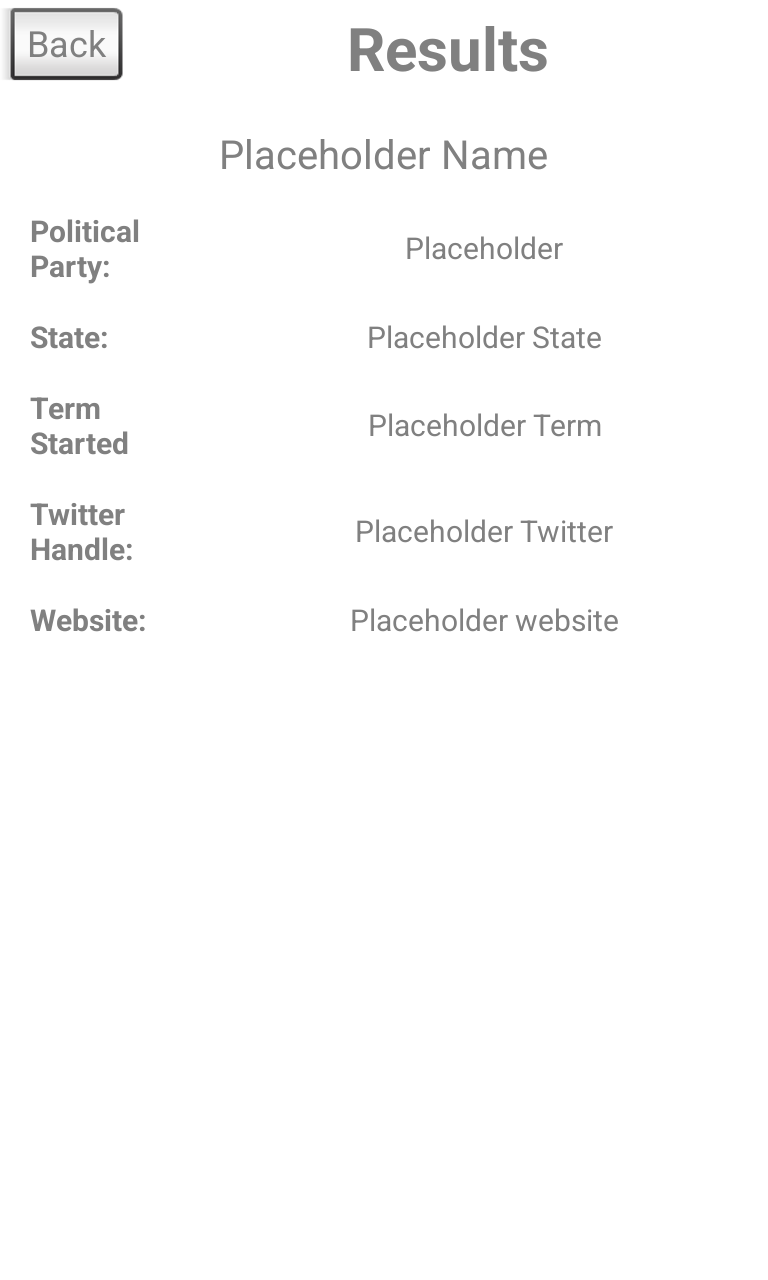
Repository: scottcaruso/Java_I_1307_Week4
Layout: myGov/res/layout/politician_display.xml
An editor plug-in stored every save of this project. The layout is shown before and after the next save, followed by the edit.
It is drawn on a 768 x 1280 px phone screen (xhdpi) without system bars, with theme AppTheme; the app's code is not run.

Above is the layout before, as saved 2013-08-01 21:19:48.

### myGov/res/layout/politician_display.xml
<?xml version="1.0" encoding="utf-8"?>
<LinearLayout xmlns:android="http://schemas.android.com/apk/res/android"
    android:layout_width="match_parent"
    android:layout_height="match_parent"
    android:orientation="vertical" >


    <LinearLayout
        android:layout_width="match_parent"
        android:layout_height="wrap_content"
        android:orientation="horizontal">
	    <Button
	        android:id="@+id/back"
	        style="@android:style/Widget.Holo.Button.Inset"
	        android:layout_width="wrap_content"
	        android:layout_height="wrap_content"
	        android:hint="@string/back" />

	    <TextView
	        android:id="@+id/foundpoliticians"
	        android:layout_width="match_parent"
	        android:layout_height="wrap_content"
	        android:layout_gravity="center"
	        android:gravity="center"
	        android:hint="@string/results"
	        android:textStyle="bold"
	        android:textSize="30sp" />

    </LinearLayout>

        <TextView
            android:id="@+id/politicianName"
            android:layout_width="wrap_content"
            android:layout_height="wrap_content"
            android:layout_gravity="center_horizontal"
            android:layout_marginTop="15dp"
            android:gravity="center"
            android:hint="@string/politician_name"
            android:textSize="20sp" />

     <LinearLayout
         android:id="@+id/partyLayout"
         android:layout_width="match_parent"
         android:layout_height="wrap_content"
         android:layout_marginTop="15dp"
         android:orientation="horizontal" >

         <TextView
             android:id="@+id/partylabel"
             android:layout_width="85dp"
             android:layout_height="wrap_content"
             android:layout_marginLeft="15dp"
             android:hint="@string/political_party_"
             android:textStyle="bold"
             android:textSize="15sp" />

         <TextView
             android:id="@+id/partytext"
             android:layout_width="match_parent"
             android:layout_height="wrap_content"
             android:layout_gravity="center"
	         android:gravity="center"
             android:hint="@string/placeholder"
             android:textSize="15sp" />
     </LinearLayout>

     <LinearLayout
         android:id="@+id/stateLayout"
         android:layout_width="match_parent"
         android:layout_height="wrap_content"
         android:layout_marginTop="15dp"
         android:orientation="horizontal" >

         <TextView
             android:id="@+id/statelabel"
             android:layout_width="85dp"
             android:layout_height="wrap_content"
             android:layout_marginLeft="15dp"
             android:hint="@string/state_"
             android:textStyle="bold"
             android:textSize="15sp" />

         <TextView
             android:id="@+id/statetext"
             android:layout_width="match_parent"
             android:layout_height="wrap_content"
             android:layout_gravity="center"
	         android:gravity="center"
             android:hint="@string/placeholder_state"
             android:textSize="15sp" />

     </LinearLayout>

     <LinearLayout
         android:id="@+id/termLayout"
         android:layout_width="match_parent"
         android:layout_height="wrap_content"
         android:layout_marginTop="15dp"
         android:orientation="horizontal" >

         <TextView
             android:id="@+id/termLabel"
             android:layout_width="85dp"
             android:layout_height="wrap_content"
             android:layout_marginLeft="15dp"
             android:hint="@string/term_started"
             android:textStyle="bold"
             android:textSize="15sp" />

         <TextView
             android:id="@+id/termText"
             android:layout_width="match_parent"
             android:layout_height="wrap_content"
             android:layout_gravity="center"
	         android:gravity="center"
             android:hint="@string/placeholder_term"
             android:textSize="15sp" />

     </LinearLayout>

     <LinearLayout
         android:id="@+id/twitterlayout"
         android:layout_width="match_parent"
         android:layout_height="wrap_content"
         android:layout_marginTop="15dp"
         android:orientation="horizontal" >

         <TextView
             android:id="@+id/twitterLabel"
             android:layout_width="85dp"
             android:layout_height="wrap_content"
             android:layout_marginLeft="15dp"
             android:hint="@string/twitter_handle_"
             android:textStyle="bold"
             android:textSize="15sp" />

         <TextView
             android:id="@+id/twitterText"
             android:layout_width="match_parent"
             android:layout_height="wrap_content"
             android:layout_gravity="center"
	         android:gravity="center"
             android:hint="@string/placeholder_twitter"
             android:textSize="15sp" />

     </LinearLayout>

     <LinearLayout
         android:id="@+id/websitelayout"
         android:layout_width="match_parent"
         android:layout_height="wrap_content"
         android:layout_marginTop="15dp"
         android:orientation="horizontal" >

         <TextView
             android:id="@+id/websitelabel"
             android:layout_width="85dp"
             android:layout_height="wrap_content"
             android:layout_marginLeft="15dp"
             android:hint="@string/website_"
             android:textStyle="bold"
             android:textSize="15sp" />

         <TextView
             android:id="@+id/websiteText"
             android:layout_width="match_parent"
             android:layout_height="wrap_content"
             android:layout_gravity="center"
	         android:gravity="center"
             android:hint="@string/placeholder_website"
             android:textSize="15sp" />

     </LinearLayout>
</LinearLayout>

### myGov/res/values/strings.xml
<?xml version="1.0" encoding="utf-8"?>
<resources>

    <string name="app_name">myGov</string>
    <string name="action_settings">Settings</string>
    <string name="hello_world">Hello world!</string>
    <string name="enter_zip">Enter Zip</string>
    <string name="search_now">Search Now</string>
    <string name="view_saved_politicians">View Saved Politicians</string>
    <string name="back">Back</string>
    <string name="results">Results</string>
    <string name="politician_name">Placeholder Name</string>
    <string name="political_party_">Political Party:</string>
    <string name="placeholder">Placeholder</string>
    <string name="state_">State:</string>
    <string name="placeholder_state">Placeholder State</string>
    <string name="placeholder_term">Placeholder Term</string>
    <string name="term_started">Term Started</string>
    <string name="twitter_handle_">Twitter Handle:</string>
    <string name="placeholder_twitter">Placeholder Twitter</string>
    <string name="placeholder_website">Placeholder website</string>
    <string name="website_">"Website: "</string>

</resources>

Loaded but not shown: myGov/res/values/styles.xml (common file); myGov/res/values-v11/styles.xml (common file); myGov/res/values-v14/styles.xml (common file)

After the next save:
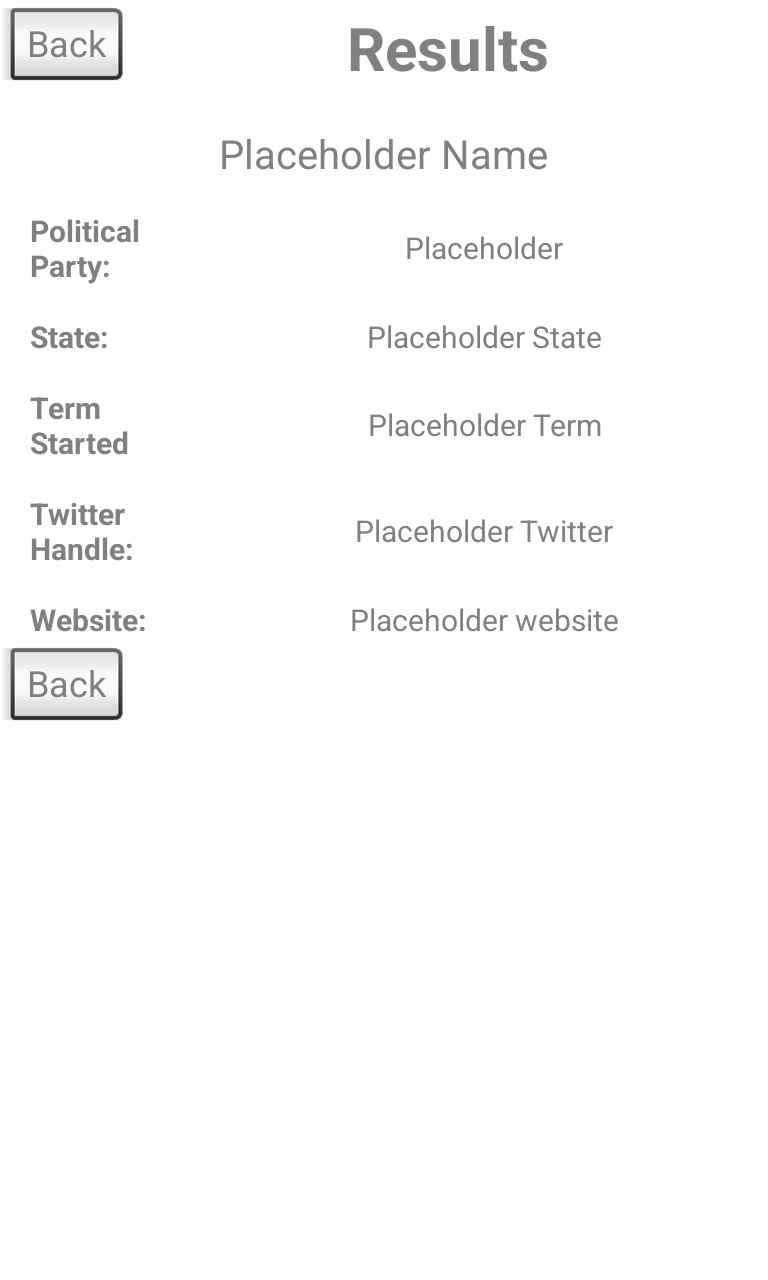
Saved 64 min 55 s later.
--- a/myGov/res/layout/politician_display.xml
+++ b/myGov/res/layout/politician_display.xml
@@ -171,4 +171,11 @@
              android:textSize="15sp" />
 
      </LinearLayout>
+
+     	<Button
+	        android:id="@+id/back"
+	        style="@android:style/Widget.Holo.Button.Inset"
+	        android:layout_width="wrap_content"
+	        android:layout_height="wrap_content"
+	        android:hint="@string/back" />
 </LinearLayout>
